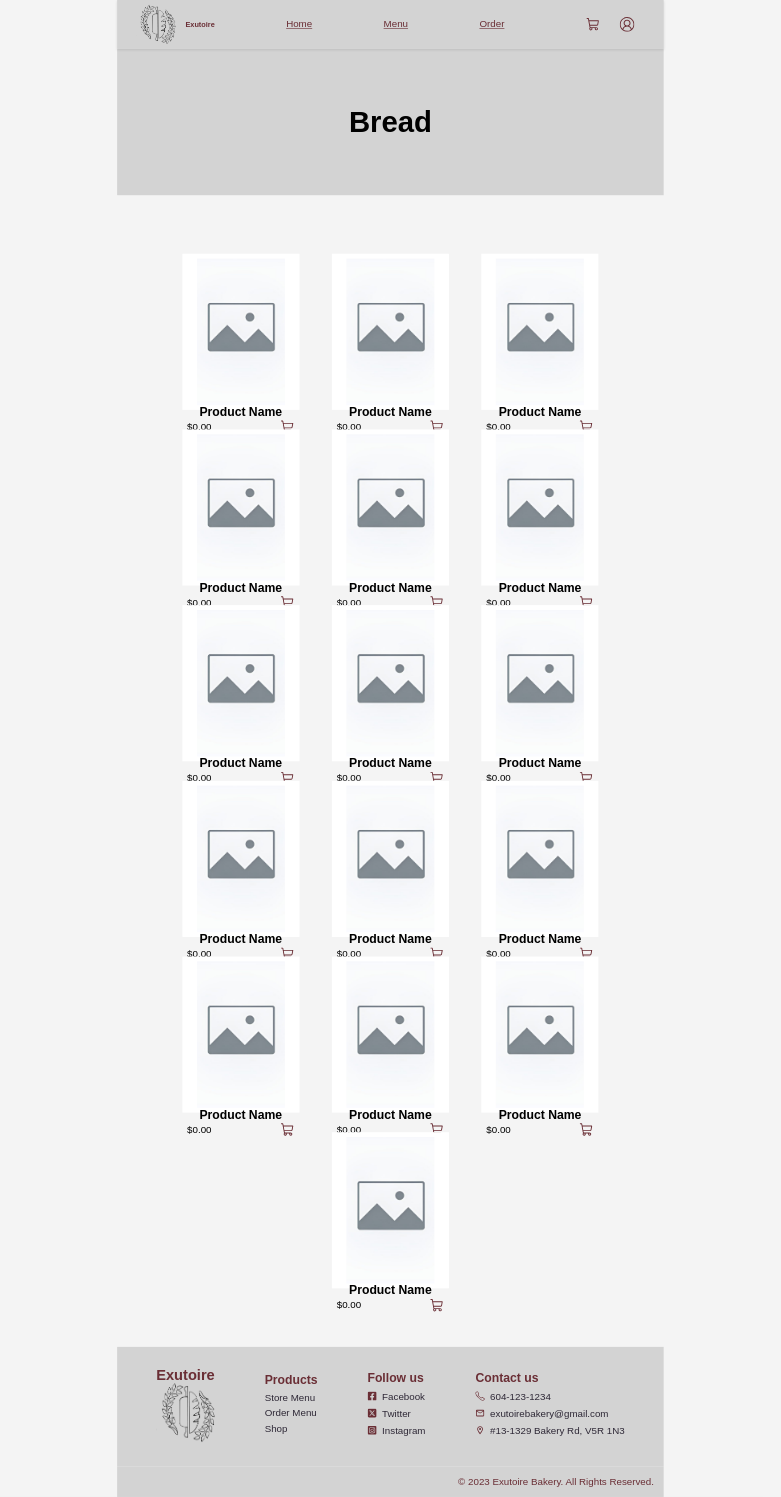
Repository: MelissaJacobi/COMP3170-final-proj
Page: /menu/bread
An editor plug-in stored every save of this project. The page is shown before and after the next save, followed by the edit.
The browser window is 1280 px wide. The pictures show the whole page, at 61% of full size.
The project was rebuilt for these pictures with package versions that can differ from the ones it lists, and the page was loaded fresh each time. Also part of the build but not shown: vite.config.js, src/pages/Home.module.css, src/components/Carousel.module.css, src/components/Carousel.tsx, src/components/Vision.module.css, src/components/Vision.tsx, src/components/MenuGallery.module.css, src/components/MenuGallery.tsx and 3 more.

Above is the page before, as saved 2024-10-07 20:06:26.

### src/main.jsx
import { StrictMode } from 'react'
import { createRoot } from 'react-dom/client'
import App from './App.jsx'
import './index.css'

const rootElement = document.getElementById('root');
if (rootElement) {
  createRoot(rootElement).render(
    <StrictMode>
      <App />
    </StrictMode>
  );
}

### src/App.jsx
// src/App.jsx

import { BrowserRouter as Router, Routes, Route } from 'react-router-dom';
import styles from './App.module.css';
import Header from './components/Header';
import Footer from './components/Footer';
import Home from './pages/Home';
import Menu from './pages/menu';
import Bread from './pages/Bread'; // Import Bread component

function App() {
  return (
    <Router>
      <div className={styles.appContainer}>
        <Header />
        <Routes>
          <Route path="/" element={<Home />} />
          <Route path="/menu" element={<Menu />} />
          <Route path="/menu/bread" element={<Bread />} /> {/* New route */}
        </Routes>
        <Footer />
      </div>
    </Router>
  );
}

export default App;

### src/index.css
* {
  margin: 0;
  padding: 0;
  box-sizing: border-box;
}

body {
  font-family: Arial, sans-serif;
  line-height: 1.6;
  background-color: #f4f4f4;
}

:root {
  --primary-color: lightgrey;
  --secondary-color: lightblue;
  --accent-color: #6A2E35;
  --background-color: white;
  --text-color: #2E2836;
}

### src/App.module.css
.appContainer {
    width: 70%;
    height: 100%;
    margin: auto;
}

### src/components/Header.tsx
// Header.tsx
import { Link } from 'react-router-dom';
import styles from './Header.module.css';
import logo from "../assets/images/logo.png";
import { PiShoppingCart } from "react-icons/pi";
import { VscAccount } from "react-icons/vsc";

export default function Header() {
  return (
    <div className={styles.container}>
      <div>
        <img src={logo} alt="Logo" className={styles.logo} />
        <p className={styles.siteTitle}>Exutoire</p>
      </div>
      <Link to="/" className={styles.links}>Home</Link>
      <Link to="/Menu" className={styles.links}>Menu</Link>
      <Link to="/order" className={styles.links}>Order</Link>
      <div>
        <PiShoppingCart className={styles.icon} />
        <VscAccount className={styles.icon} />
      </div>
    </div>
  );
}

### src/components/Footer.tsx
import logo from "../assets/images/logo.png"
import styles from "./Footer.module.css"
import { FaFacebookSquare } from "react-icons/fa";
import { FaSquareXTwitter } from "react-icons/fa6";
import { FaInstagramSquare } from "react-icons/fa";
import { SlPhone } from "react-icons/sl";
import { MdOutlineMailOutline } from "react-icons/md";
import { MdOutlineLocationOn } from "react-icons/md";

export default function Footer() {

  return (
    <>
      <div className={styles.container}>
        <div>
            <p className={styles.siteTitle}>Exutoire</p>
            <img src={logo} alt="Logo" className={styles.logo}/>
        </div>
        <ul>
          <p>Products</p>
          <li>Store Menu</li>
          <li>Order Menu</li>
          <li>Shop</li>
        </ul>
        <ul>
          <p>Follow us</p>
          <li><FaFacebookSquare className={styles.socialIcon}/>Facebook</li>
          <li><FaSquareXTwitter className={styles.socialIcon}/>Twitter</li>
          <li><FaInstagramSquare className={styles.socialIcon}/>Instagram</li>
        </ul>
        <ul>
          <p>Contact us</p>
          <li><SlPhone  className={styles.socialIcon}/>604-123-1234</li>
          <li><MdOutlineMailOutline className={styles.socialIcon}/>exutoirebakery@gmail.com</li>
          <li><MdOutlineLocationOn className={styles.socialIcon}/>#13-1329 Bakery Rd, V5R 1N3</li>
        </ul>
      </div>
      <p className={styles.copywrite}>© 2023 Exutoire Bakery.  All Rights Reserved.</p>
    </>
  )
}

### src/pages/Bread.jsx
import Product from "../components/product";
import styles from "./Bread.module.css"

export default function Bread() {
    return (
      <div className={styles.container}>
        <div className={styles.banner}>
            <h1>Bread</h1>
        </div>
        <div className={styles.products}>
            <Product />
            <Product />
            <Product />
            <Product />
            <Product />
            <Product />
            <Product />
            <Product />
            <Product />
            <Product />
            <Product />
            <Product />
            <Product />
            <Product />
            <Product />
            <Product />
        </div>

      </div>
    );
  }

### src/components/Header.module.css
.container {
    background-color: var(--primary-color);
    width: 100%;
    height: 5rem;
    display: flex;
    align-items: center;
    justify-content: space-between;
    padding: 2rem;
    position: sticky;
    top: 0;
    z-index: 1000;
    box-shadow: 0 2px 4px rgba(0, 0, 0, 0.1);
}

.logo {
    height: 4rem;
    width: 4rem;
}

.siteTitle {
    font-size: 12px;
    font-style: normal;
    font-weight: 700;
    line-height: normal;
    margin-left: 1rem;
    color: var(--accent-color)
}

.container div {
    display: flex;
    align-items: center;
}

.links {
    font-size: 16px;
    font-style: normal;
    font-weight: 400;
    line-height: normal;
    color: var(--accent-color)
}

.icon {
    height: 1.5rem;
    width: 1.5rem;
    margin: 1rem;
    color: var(--accent-color)
}

### src/components/Footer.module.css
.container {
    background-color: var(--primary-color);
    height: 100%;
    width: 100%;
    display: flex;
    align-items: center;
    justify-content: space-between;
    padding: 2rem 4rem;
}

.container div{
    text-align: center;
}

.logo {
    width: 6rem;
    height: 6rem;
}

.siteTitle {
    font-size: 24px;
    font-style: normal;
    font-weight: 700;
    line-height: normal;
    color: var(--accent-color)
}

.container ul p {
    color: var(--accent-color);
    font-size: 20px;
    font-style: normal;
    font-weight: 700;
    line-height: normal;
}

.container ul li {
    font-size: 16px;
    font-style: normal;
    font-weight: 400;
    line-height: normal;
    margin: 0.5rem 0rem;
    padding: 0;
    list-style-type: none;
    color: var(--text-color)
}

.socialIcon {
    transform: translateY(0.1rem);
    color: var(--accent-color);
    margin-right: 0.5rem;
}

.copywrite {
    width: 100%;
    text-align: right;
    padding: 1rem;
    font-size: 16px;
    font-style: normal;
    font-weight: 400;
    line-height: normal;
    color: var(--accent-color);
    background-color: var(--primary-color);
}

### src/components/product.jsx
import styles from './Product.module.css';
import placeholder from "../assets/images/placeholder.jpg";
import { PiShoppingCart } from "react-icons/pi";

export default function Product() {
  return (
   <div className={styles.container}>
        <img src={placeholder} className={styles.productImg} />
        <p className={styles.productName}>Product Name</p>
        <div className={styles.infoAndCart}>
            <p>$0.00</p>
            <PiShoppingCart className={styles.icon} />
        </div>
   </div>
);
}

### src/pages/Bread.module.css
.container {
    width: 100%;
}

.banner {
    width: 100%;
    height: 15rem;
    display: flex;
    justify-content: center;
    align-items: center;
    background-color: var(--primary-color);
}

.container h1 {
    font-size: 48px;
    font-style: normal;
    font-weight: 700;
    line-height: normal;
}

.products {
    width: 100%;
    display: flex;
    flex-wrap: wrap;
    justify-content: space-around;
    padding: 5rem;
}

### src/components/Product.module.css
.container {
    height: 16rem;
    width: 12rem;
    margin: 1rem;
    display: flex;
    flex-wrap: wrap;
    justify-content: center;
    background-color: white;
    padding: 0.5rem;
}

.productImg {
    height: 100%;
    width: 9rem;
    object-fit: cover;
}

.productName {
    font-size: 20px;
    font-style: normal;
    font-weight: 700;
    line-height: normal;
}

.infoAndCart {
    display: flex;
    justify-content: space-between;
    align-items: center;
    width: 100%;
}

.icon {
    height: 1.5rem;
    width: 1.5rem;
    color: var(--accent-color)
}

Loaded but not shown: index.html (common file)

After the next save:
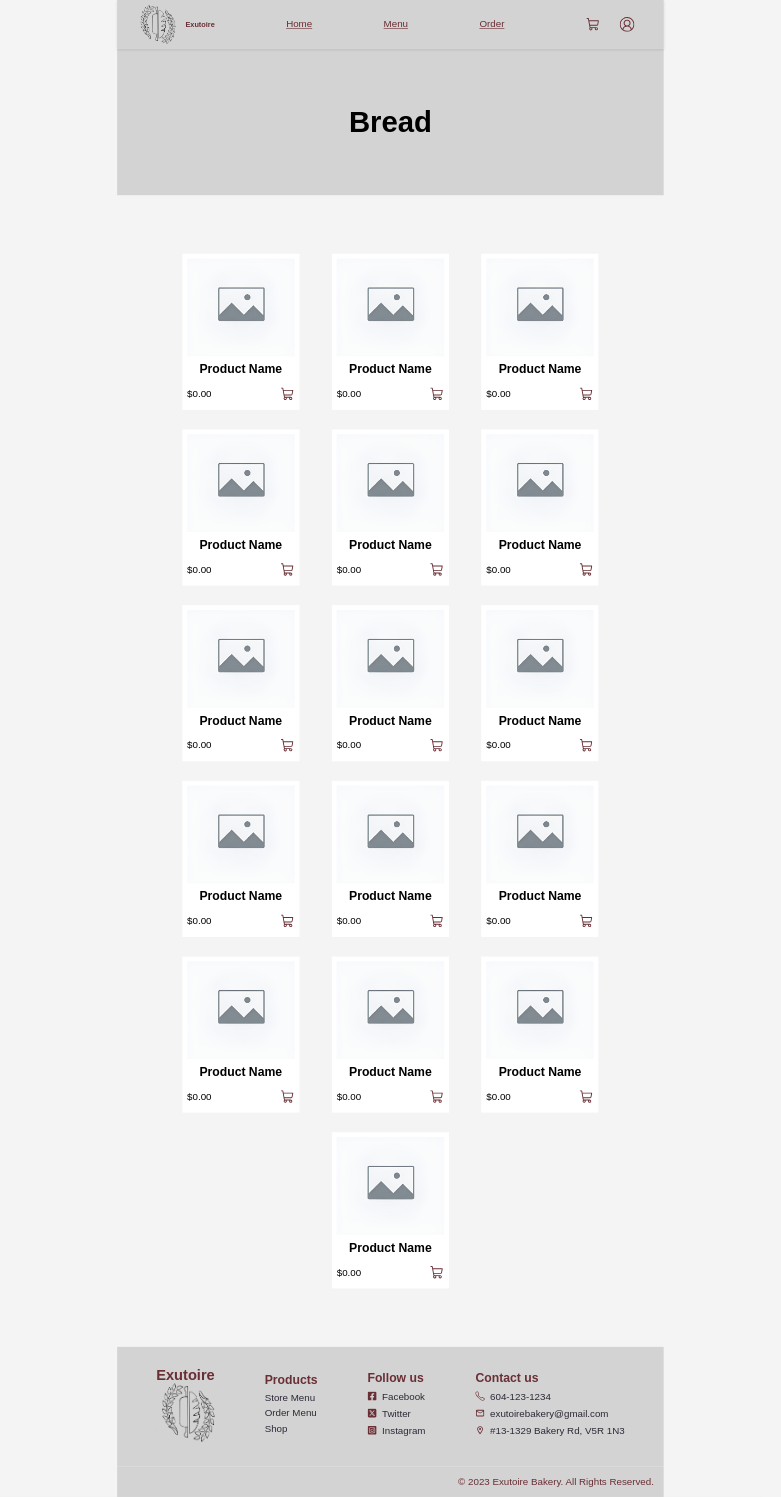
Saved 10 s later.
--- a/src/components/Product.module.css
+++ b/src/components/Product.module.css
@@ -10,8 +10,8 @@
 }
 
 .productImg {
-    height: 100%;
-    width: 9rem;
+    height: 10rem;
+    width: 1100%;
     object-fit: cover;
 }
 
